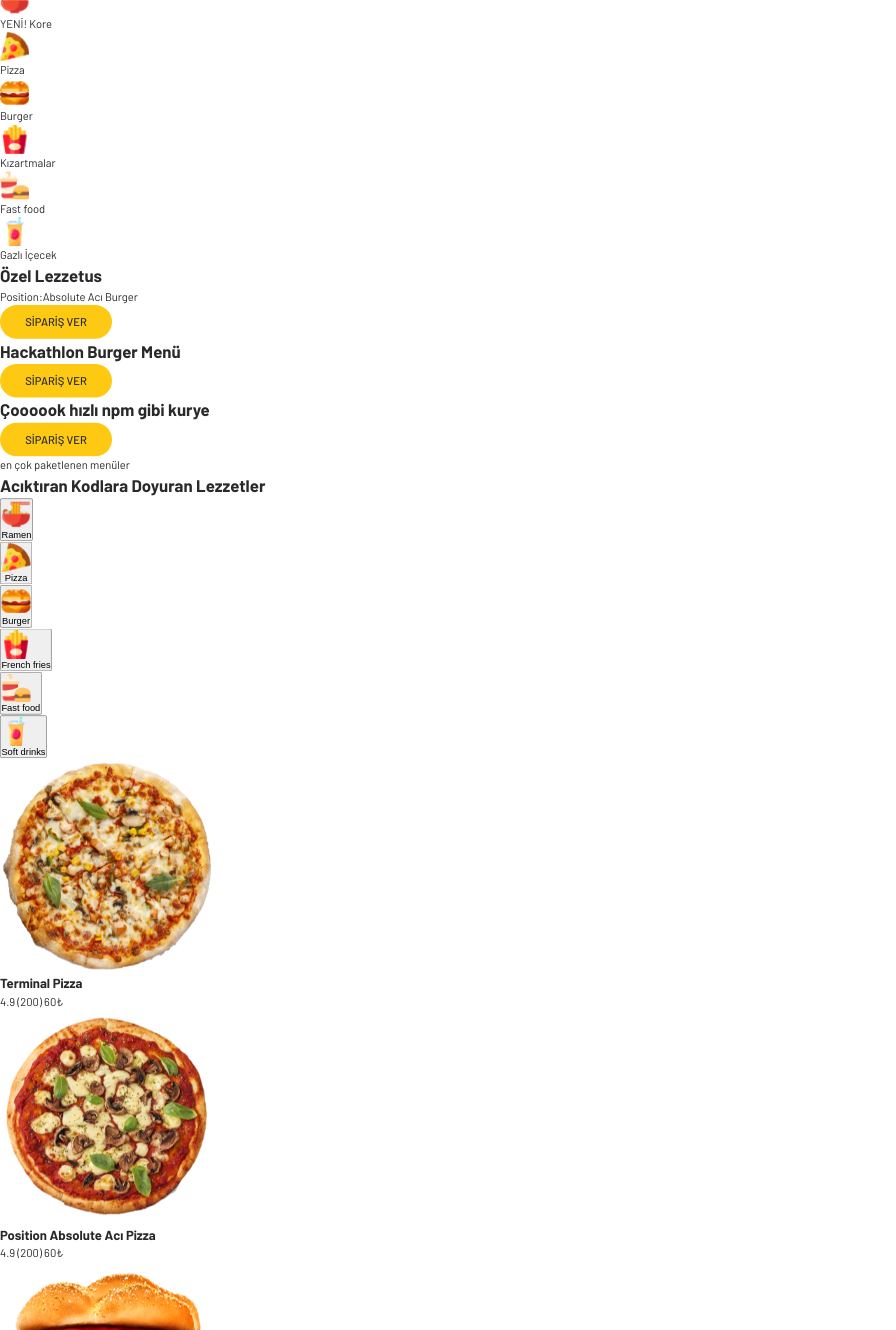
Repository: GozdeAybey/Pizza-HTML-CSS
Page: index.html
These files come from the project's save history. The page is drawn as it stood at one moment and after the next save; the edit follows.
The browser window is 1280 px wide. The pictures show the part of the page from y = 737 to 2637 px (the page is 4174 px tall before and 3970 px after), at 70% of full size.
A picture or video elsewhere on the page could not be fetched, so the positions and the page height are approximate. Some web fonts or font styles are not loaded; a fallback is used.

Above is the page before, as saved 2026-10-26 22:22:21.

### index.html
<!DOCTYPE html>
<html lang="tr">

  <head>
    <meta charset="UTF-8" />
    <link rel="icon" type="image/svg+xml" href="./workintech.svg" />
    <link rel="stylesheet" href="./style.css">
    <meta name="viewport" content="width=device-width, initial-scale=1.0" />
    <link rel="preconnect" href="https://fonts.googleapis.com">
    <link rel="preconnect" href="https://fonts.gstatic.com" crossorigin>
    <link href="https://fonts.googleapis.com/css2?family=Barlow:wght@400;500;600;700&family=Quattrocento:wght@400;700&family=Roboto+Condensed:wght@300;400;700&family=Satisfy&display=swap" rel="stylesheet">
    <title>Teknolojik Yemekler</title>
  </head>

  <body>
    <body>
      <header class="kapak">
        <img src="/assets/iteration-1/logo.svg" alt="Teknolojik Yemekler">
        <p>fırsatı kaçırma</p>
        <h1>KOD ACIKTIRIR PİZZA, DOYURUR</h1>
        <a class="buton" href="#menu">ACIKTIM</a>
      </header>

      <nav class="kategoriler" aria-label="Kategoriler">
        <ul>
          <li><a href="#"><img src="/assets/iteration-2/icons/1.svg" alt="">YENİ! Kore</a></li>
          <li><a href="#"><img src="/assets/iteration-2/icons/2.svg" alt="">Pizza</a></li>
          <li><a href="#"><img src="/assets/iteration-2/icons/3.svg" alt="">Burger</a></li>
          <li><a href="#"><img src="/assets/iteration-2/icons/4.svg" alt="">Kızartmalar</a></li>
          <li><a href="#"><img src="/assets/iteration-2/icons/5.svg" alt="">Fast food</a></li>
          <li><a href="#"><img src="/assets/iteration-2/icons/6.svg" alt="">Gazlı İçecek</a></li>
        </ul>
      </nav>

      <main>
        <section class="kampanyalar">
          <article class="kampanya pizza">
            <h2>Özel Lezzetus</h2>
            <p>Position:Absolute Acı Burger</p>
            <a class="buton" href="#menu">SİPARİŞ VER</a>
          </article>

          <article class="kampanya burger">
            <h2>Hackathlon Burger Menü</h2>
            <a class="buton" href="#menu">SİPARİŞ VER</a>
          </article>

          <article class="kampanya kurye">
            <h2><span>Çoooook</span> hızlı npm gibi kurye</h2>
            <a class="buton" href="#menu">SİPARİŞ VER</a>
          </article>
        </section>

        <section class="menu" id="menu">
          <p>en çok paketlenen menüler</p>
          <h2>Acıktıran Kodlara Doyuran Lezzetler</h2>

          <ul class="filtreler">
            <li><button type="button"><img src="/assets/iteration-2/icons/1.svg" alt="">Ramen</button></li>
            <li><button type="button" class="secili"><img src="/assets/iteration-2/icons/2.svg" alt="">Pizza</button></li>
            <li><button type="button"><img src="/assets/iteration-2/icons/3.svg" alt="">Burger</button></li>
            <li><button type="button"><img src="/assets/iteration-2/icons/4.svg" alt="">French fries</button></li>
            <li><button type="button"><img src="/assets/iteration-2/icons/5.svg" alt="">Fast food</button></li>
            <li><button type="button"><img src="/assets/iteration-2/icons/6.svg" alt="">Soft drinks</button></li>
          </ul>

          <ul class="urunler">
            <li class="urun">
              <img src="/assets/iteration-2/pictures/food-1.png" alt="Terminal Pizza">
              <h3>Terminal Pizza</h3>
              <div class="bilgi">
                <span>4.9</span>
                <span>(200)</span>
                <span class="fiyat">60₺</span>
              </div>
            </li>
            <li class="urun">
              <img src="/assets/iteration-2/pictures/food-2.png" alt="Position Absolute Acı Pizza">
              <h3>Position Absolute Acı Pizza</h3>
              <div class="bilgi">
                <span>4.9</span>
                <span>(200)</span>
                <span class="fiyat">60₺</span>
              </div>
            </li>
            <li class="urun">
              <img src="/assets/iteration-2/pictures/food-3.png" alt="useEffect Tavuklu Burger">
              <h3>useEffect Tavuklu Burger</h3>
              <div class="bilgi">
                <span>4.9</span>
                <span>(200)</span>
                <span class="fiyat">60₺</span>
              </div>
            </li>
          </ul>
        </section>
      </main>

      <footer class="altbilgi">
        <div class="altbilgi-ust">
          <section class="iletisim">
            <img src="/assets/iteration-2/footer/logo-footer.svg" alt="Teknolojik Yemekler">
            <address>
              <p><img src="/assets/iteration-2/footer/icons/icon-1.png" alt="">341 Londonderry Road, İstanbul Türkiye</p>
              <p><img src="/assets/iteration-2/footer/icons/icon-2.png" alt="">aciktim@teknolojikyemekler.com</p>
              <p><img src="/assets/iteration-2/footer/icons/icon-3.png" alt="">+90 216 123 45 67</p>
            </address>
          </section>

          <nav class="sicak-menu" aria-label="Hot Menu">
            <h3>Hot Menu</h3>
            <ul>
              <li><a href="#">Terminal Pizza</a></li>
              <li><a href="#">5 Kişilik Hackathlon Pizza</a></li>
              <li><a href="#">useEffect Tavuklu Pizza</a></li>
              <li><a href="#">Beyaz Console Frosty</a></li>
              <li><a href="#">Testler Geçti Mutlu Burger</a></li>
              <li><a href="#">Position Absolute Acı Burger</a></li>
            </ul>
          </nav>

          <section class="instagram">
            <h3>Instagram</h3>
            <ul>
              <li><img src="/assets/iteration-2/footer/insta/li-0.png" alt="Instagram gönderisi 1"></li>
              <li><img src="/assets/iteration-2/footer/insta/li-1.png" alt="Instagram gönderisi 2"></li>
              <li><img src="/assets/iteration-2/footer/insta/li-2.png" alt="Instagram gönderisi 3"></li>
              <li><img src="/assets/iteration-2/footer/insta/li-3.png" alt="Instagram gönderisi 4"></li>
              <li><img src="/assets/iteration-2/footer/insta/li-4.png" alt="Instagram gönderisi 5"></li>
              <li><img src="/assets/iteration-2/footer/insta/li-5.png" alt="Instagram gönderisi 6"></li>
            </ul>
          </section>
        </div>

        <div class="altbilgi-alt">
          <p>© 2023 Teknolojik Yemekler.</p>
          <a href="#" aria-label="Twitter">Twitter</a>
        </div>
      </footer>
    </body>
  </body>

</html>

### style.css
:root {
  --yellow: #FDC913;
  --gray-light: #5F5F5F;
  --gray-dark: #292929;
  --red: #CE2829;
  --beige: #FAF7F2;

  --font-heading: "Roboto Condensed", sans-serif;
  --font-body: "Barlow", sans-serif;
  --font-serif: "Quattrocento", serif;
  --font-accent: "Satisfy", cursive;
}

*,
*::before,
*::after {
  box-sizing: border-box;
  margin: 0;
  padding: 0;
}

img {
  max-width: 100%;
  display: block;
}

body {
  font-family: var(--font-body);
  color: var(--gray-dark);
  background-color: #fff;
  line-height: 1.5;
}
/* ---------- Ortak buton ---------- */
.buton {
  display: inline-block;
  padding: 12px 36px;
  border-radius: 50px;
  background-color: var(--yellow);
  color: var(--gray-dark);
  font-size: 16px;
  font-weight: 500;
  text-decoration: none;
}

/* ---------- Kapak (hero) ---------- */
.kapak {
  min-height: 100vh;
  padding: 50px 20px 0;
  display: flex;
  flex-direction: column;
  align-items: center;
  text-align: center;
  color: #fff;
  background-color: var(--red);
  background-image: url("/assets/iteration-1/home-banner.png");
  background-size: cover;
  background-position: center bottom;
}

.kapak img {
  width: 250px;
}

.kapak p {
  display: none;
  font-family: var(--font-accent);
  font-size: 24px;
  color: var(--yellow);
}

.kapak h1 {
  max-width: 280px;
  margin-top: 60px;
  font-family: var(--font-heading);
  font-weight: 300;
  font-size: 56px;
  line-height: 1.15;
}

.kapak .buton {
  margin-top: 40px;
}
ul {
  list-style: none;
}

a {
  color: inherit;
  text-decoration: none;
}
/* ---------- Geniş ekran ---------- */
@media (min-width: 768px) {
  .kapak {
    min-height: 56vw;
    padding-top: 40px;
  }

  .kapak p {
    display: block;
    margin-top: 24px;
  }

  .kapak h1 {
    max-width: 520px;
    margin-top: 4px;
    font-size: 64px;
  }
}

After the next save:
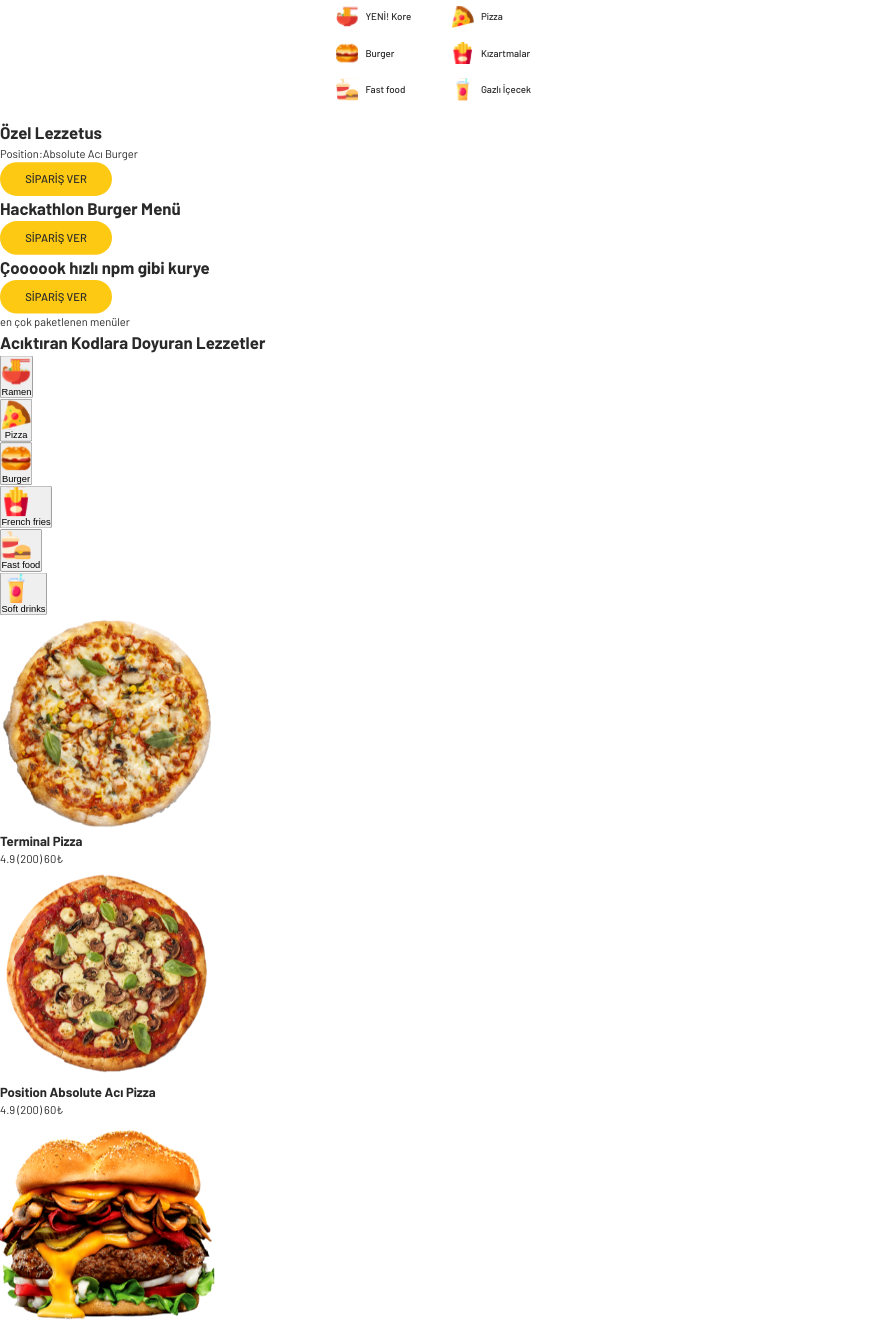
Saved 57 s later.
--- a/style.css
+++ b/style.css
@@ -88,6 +88,31 @@ a {
   color: inherit;
   text-decoration: none;
 }
+/* ---------- Kategori şeridi ---------- */
+.kategoriler {
+  padding: 28px 20px;
+  background-color: #fff;
+}
+
+.kategoriler ul {
+  display: grid;
+  grid-template-columns: 1fr 1fr;
+  gap: 20px 10px;
+  max-width: 320px;
+  margin: 0 auto;
+}
+
+.kategoriler a {
+  display: flex;
+  align-items: center;
+  gap: 10px;
+  font-size: 14px;
+  font-weight: 500;
+}
+
+.kategoriler img {
+  width: 32px;
+}
 /* ---------- Geniş ekran ---------- */
 @media (min-width: 768px) {
   .kapak {
